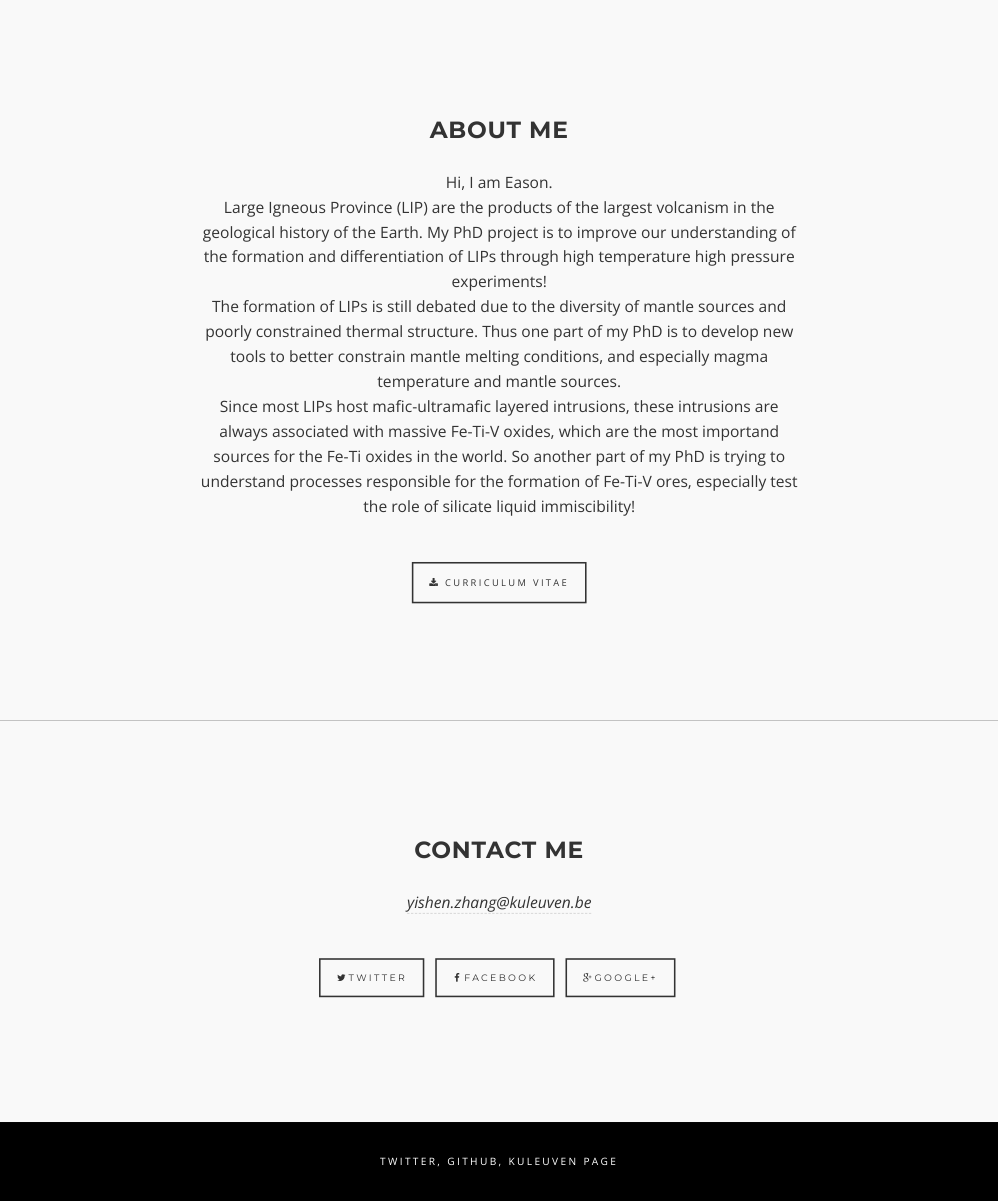
Repository: eazzzon/eazzzon.github.io
Page: aries-v1.0/index.html
These files come from the project's save history. The page is drawn as it stood at one moment and after the next save; the edit follows.
The browser window is 1280 px wide. The pictures show the part of the page from y = 720 to 2260 px (the page is 2260 px tall), at 78% of full size.

Above is the page before, as saved 2021-06-12 09:50:37.

### aries-v1.0/index.html
<!DOCTYPE html>
<html lang="en">
<head>
<meta charset="utf-8">
<meta http-equiv="X-UA-Compatible" content="IE=edge">
<meta name="viewport" content="width=device-width, initial-scale=1">
<meta name="description" content="">
<meta name="author" content="">
<title>yishen.zhang</title>
<!-- Bootstrap Core CSS -->
<link href="css/bootstrap.min.css" rel="stylesheet">
<!-- Custom CSS -->
<link href="css/theme.css" rel="stylesheet">
<!-- Custom Fonts -->
<link href="font-awesome/css/font-awesome.min.css" rel="stylesheet" type="text/css">
<link href="http://fonts.googleapis.com/css?family=Open+Sans:300,400,700,400italic,700italic" rel="stylesheet" type="text/css">
<link href="http://fonts.googleapis.com/css?family=Montserrat:400,700" rel="stylesheet" type="text/css">

</head>
<body id="page-top" data-spy="scroll" data-target=".navbar-fixed-top">
<!-- Navigation -->
<nav class="navbar navbar-custom navbar-fixed-top" role="navigation">
<div class="container">
	<div class="navbar-header">
		<button type="button" class="navbar-toggle" data-toggle="collapse" data-target=".navbar-main-collapse">
		<i class="fa fa-bars"></i>
		</button>
		<a class="navbar-brand page-scroll" href="index.html">
		YISHEN </a>
	</div>
	<!-- Collect the nav links, forms, and other content for toggling -->
	<div class="collapse navbar-collapse navbar-right navbar-main-collapse">
		<ul class="nav navbar-nav">
			<li>
			<a href="index.html">Home</a>
			</li>
			<li>
			<a href="portfolio-item.html">publication</a>
			</li>
			<li>
			<a href="contact.html">open source</a>
			</li>
			<li>
			<a href="page-sample.html">blog</a>
			</li>
		</ul>
	</div>
	<!-- /.navbar-collapse -->
</div>
<!-- /.container -->
</nav>
<!-- Intro Header -->
<header class="intro">
<div class="intro-body">
	<div class="container">
		<div class="row">
			<div class="col-md-8 col-md-offset-2">
				<h1 class="brand-heading">YISHEN ZHANG</h1>
				<p class="intro-text">
					PhD | Experimental petrologist | KU Leuven
				</p>
				<a href="#about" class="btn btn-circle page-scroll">
				<i class="fa fa-angle-double-down animated"></i>
				</a>
			</div>
		</div>
	</div>
</div>
</header>
<!-- About Section -->

<section id="about">
<div class="container content-section text-center">
	<div class="row">
		<h2 >ABOUT ME</h2>
		<div class="col-lg-8 col-lg-offset-2">
			<p>
				Hi, I am Eason.
				<br>
				Large Igneous Province (LIP) are the products of the largest volcanism in the geological history of the Earth. My PhD project is to improve our understanding of the formation and differentiation of LIPs through high temperature high pressure experiments!
				<br>
				The formation of LIPs is still debated due to the diversity of mantle sources and poorly constrained thermal structure. Thus one part of my PhD is to develop new tools to better constrain mantle melting conditions, and especially magma temperature and mantle sources.
				<br>
				Since most LIPs host mafic-ultramafic layered intrusions, these intrusions are always associated with massive Fe-Ti-V oxides, which are the most importand sources for the Fe-Ti oxides in the world. So another part of my PhD is trying to understand processes responsible for the formation of Fe-Ti-V ores, especially test the role of silicate liquid immiscibility!

			</p>
			<p>
				<a href="#" class="btnghost"><i class="fa fa-download"></i> Curriculum Vitae</a>
			</p>
		</div>
	</div>
</div>
</section>


<!-- Contact Section -->
<section id="contact">
<div class="container content-section text-center">
	<div class="row">
		<div class="col-lg-8 col-lg-offset-2">
			<h2>CONTACT ME</h2>
			<p>
				<i><a href="yishen.zhang@kuleuven.be" style="border-bottom:1px dashed #ccc;">yishen.zhang@kuleuven.be</a></i>
			</p>
			<ul class="list-inline banner-social-buttons">
				<li>
				<a href="https://twitter.com/wowthemesnet" class="btn btnghost btn-lg"><i class="fa fa-twitter fa-fw"></i><span class="network-name">Twitter</span></a>
				</li>
				<li>
				<a href="https://www.facebook.com/pages/wowthemesnet/562560840468823" class="btn btnghost btn-lg"><i class="fa fa-facebook fa-fw"></i><span class="network-name">Facebook</span></a>
				</li>
				<li>
				<a href="https://plus.google.com/u/0/b/110916582192388695332/110916582192388695332/posts" class="btn btnghost btn-lg"><i class="fa fa-google-plus fa-fw"></i><span class="network-name">Google+</span></a>
				</li>
			</ul>
		</div>
	</div>
</div>
</section>
<!-- Footer -->
<footer>
<div class="container text-center">
	<p class="credits">
		twitter, github, kuleuven page
	</p>
</div>
</footer>
<!-- jQuery -->
<script src="js/jquery.js"></script>
<!-- Bootstrap Core JavaScript -->
<script src="js/bootstrap.min.js"></script>
<!-- Plugin JavaScript -->
<script src="js/jquery.easing.min.js"></script>
<!-- Custom Theme JavaScript -->
<script src="js/theme.js"></script>
</body>
</html>

### aries-v1.0/css/theme.css
/* Aries v1.0 - by WowThemes.net */
body {
	width:100%;
	height:100%;
	font-family:Open Sans,"Helvetica Neue",Helvetica,Arial,sans-serif;
	color:#fff;
	background-color:#000;
	 font-weight:300;
}
html {
	width:100%;
	height:100%;
}
h1,h2,h3,h4,h5,h6 {
	margin:0 0 35px;
	text-transform:uppercase;
	font-family:Montserrat,"Helvetica Neue",Helvetica,Arial,sans-serif;
	font-weight:700;
	letter-spacing:1px;
}
p {
	margin:0 0 25px;
	font-size:18px;
	line-height:1.5;
}
@media(min-width:768px) {
	p {
		margin:0 0 35px;
		font-size:20px;
		line-height:1.6;
	}
}
a {
	color:inherit;
	-webkit-transition:all .2s ease-in-out;
	-moz-transition:all .2s ease-in-out;
	transition:all .2s ease-in-out;
}
a:hover,a:focus {
	text-decoration:none;
	color:inherit;
}
.light {
	font-weight:400;
}
.navbar-custom {
	margin-bottom:0;
	border-bottom:1px solid rgba(255,255,255,.3);
	text-transform:uppercase;
	font-family:Montserrat,"Helvetica Neue",Helvetica,Arial,sans-serif;
	background-color:#000;
}
.navbar-custom .navbar-brand {
	font-size:20px;
	text-transform:none;
	letter-spacing:1px;
}
.navbar-custom .navbar-brand:focus {
	outline:0;
}
.navbar-custom .navbar-brand .navbar-toggle {
	padding:4px 6px;
	font-size:16px;
	color:#fff;
}
.navbar-custom .navbar-brand .navbar-toggle:focus,.navbar-custom .navbar-brand .navbar-toggle:active {
	outline:0;
}
.navbar-custom a {
}
.navbar-custom .nav li a {
	-webkit-transition:background .3s ease-in-out;
	-moz-transition:background .3s ease-in-out;
	transition:background .3s ease-in-out;
}
.navbar-custom .nav li a:hover {
	outline:0;
	color:#1ba39c;
	background-color:transparent;
}
.navbar-custom .nav li a:focus,.navbar-custom .nav li a:active {
	outline:0;
	background-color:transparent;
}
.navbar-custom .nav li.active {
	outline:0;
}
.navbar-custom .nav li.active a {
	color:#1ba39c;
}
.navbar-custom .nav li.active a:hover {
	color:#1ba39c;
}
@media(min-width:768px) {
	.navbar-custom {
		padding:20px 0;
		border-bottom:0;
		font-size:13px;
		background:0 0;
		-webkit-transition:background .5s ease-in-out,padding .5s ease-in-out;
		-moz-transition:background .5s ease-in-out,padding .5s ease-in-out;
		transition:background .5s ease-in-out,padding .5s ease-in-out;
	}
		 .navbar-custom.top-nav-collapse {
		 padding:0;
		border-bottom:1px solid rgba(255,255,255,.3);
		color:#333;
			background:#fff;
	}
	.navbar-custom.top-nav-collapse a {
		color:#333;
		display:inline-block;
	}
}
.intro {
	display:table;
	width:100%;
	height:auto;
	padding:100px 0 100px 0;
	text-align:center;
	color:#fff;
	background-image:radial-gradient(circle at 50% 50%,rgba(0,0,0,0.46),rgba(0,0,0,0.88)),url('http://unsplash.it/1600/1400?random=9');
	-webkit-background-size:cover;
	-moz-background-size:cover;
	background-size:cover;
	-o-background-size:cover;
}
.intro .intro-body {
	display:table-cell;
	vertical-align:middle;
}
.intro .intro-body .brand-heading {
	font-size:40px;
}
.intro .intro-body .intro-text {
	font-size:18px;
}
@media(min-width:768px) {
	.intro {
		height:100%;
		padding:0;
	}
	.intro .intro-body .brand-heading {
		font-size:60px;
		margin-top:90px;
		margin-bottom:20px;
		border-top:2px solid #fff;
		border-bottom:2px solid #fff;
		display:inline-block;
		padding:10px 0;
	}
	.intro .intro-body .intro-text {
		font-size:20px;
			font-weight:300;
			letter-spacing:3px;
	}
}
.btn-circle {
	width:50px;
	height:50px;
	margin-top:15px;
	line-height:40px;
	text-align:center;
	border:2px solid #fff;
	border-radius:100%!important;
	font-size:20px;
	color:#fff;
	background:0 0;
	-webkit-transition:background .3s ease-in-out;
	-moz-transition:background .3s ease-in-out;
	transition:background .3s ease-in-out;
}
.btn-circle:hover,.btn-circle:focus {
	outline:0;
	color:#fff;
	background:rgba(255,255,255,.1);
}
.btn-circle i.animated {
	-webkit-transition-property:-webkit-transform;
	-webkit-transition-duration:1s;
	-moz-transition-property:-moz-transform;
	-moz-transition-duration:1s;
}
.btn-circle:hover i.animated {
	-webkit-animation-name:pulse;
	-moz-animation-name:pulse;
	-webkit-animation-duration:1.5s;
	-moz-animation-duration:1.5s;
	-webkit-animation-iteration-count:infinite;
	-moz-animation-iteration-count:infinite;
	-webkit-animation-timing-function:linear;
	-moz-animation-timing-function:linear;
}
@-webkit-keyframes pulse {
	0% {
		-webkit-transform:scale(1);
		transform:scale(1);
	}
	50% {
		-webkit-transform:scale(1.2);
		transform:scale(1.2);
	}
	100% {
		-webkit-transform:scale(1);
		transform:scale(1);
	}
}
@-moz-keyframes pulse {
	0% {
		-moz-transform:scale(1);
		transform:scale(1);
	}
	50% {
		-moz-transform:scale(1.2);
		transform:scale(1.2);
	}
	100% {
		-moz-transform:scale(1);
		transform:scale(1);
	}
}
.content-section {
	padding:40px 0;
	clear:both;
}
@media(min-width:767px) {
	.content-section {
		padding:150px 0;
			 clear:both;
	}
}
.btn {
	border-radius:0;
	text-transform:uppercase;
	font-family:Montserrat,"Helvetica Neue",Helvetica,Arial,sans-serif;
	font-weight:400;
	-webkit-transition:all .3s ease-in-out;
	-moz-transition:all .3s ease-in-out;
	transition:all .3s ease-in-out;
}
.btn-default {
	border:1px solid #42dca3;
	color:#42dca3;
	background-color:transparent;
}
.btn-default:hover,.btn-default:focus {
	border:1px solid #42dca3;
	outline:0;
	color:#000;
	background-color:#42dca3;
}
ul.banner-social-buttons {
	margin-top:0;
}
@media(max-width:1199px) {
	ul.banner-social-buttons {
		margin-top:15px;
	}
}
@media(max-width:767px) {
	ul.banner-social-buttons li {
		display:block;
		margin-bottom:20px;
		padding:0;
	}
	ul.banner-social-buttons li:last-child {
		margin-bottom:0;
	}
}
footer {
	padding:40px 0;
	z-index:1;
	position:relative;
	clear:both;
}
footer p {
	margin:0;
	font-size:15px;
}
footer p.credits {
	text-transform:uppercase;
	font-size:13px;
	letter-spacing:3px;
}
::-moz-selection {
	text-shadow:none;
	background:#fcfcfc;
	background:rgba(255,255,255,.2);
}
::selection {
	text-shadow:none;
	background:#fcfcfc;
	background:rgba(255,255,255,.2);
}
img::selection {
	background:0 0;
}
img::-moz-selection {
	background:0 0;
}
body {
	webkit-tap-highlight-color:rgba(255,255,255,.2);
}
.bgblue {
	background:#22292c;
}
.inlineblock {
	display:inline-block;
}
p:last-child {
	margin-bottom:0;
}
p.lead {
	line-height:1.9;
}
.btnghost {
	border:2px solid #333;
	background-color:transparent;
	padding:15px 20px;
	letter-spacing:3px;
	font-size:12px;
	text-transform:uppercase;
	font-weight:400;
	color:#333;
	margin-top:20px;
	display:inline-block;
}
.btnghost:hover {
	background-color:#333;
	color:#fff;
	border:2px solid #333;
}
.bgcover {
	background-size:cover;
	background-repeat:no-repeat;
	position:relative;
}
img {
	max-width:100%;
}
.gallery ul {
	padding:0;
	margin:0;
}
.gallery img {
	max-width:100%;
	height:auto;
	padding:0;
	margin:0;
}
.gallery ul li {
	margin:0;
	position:relative;
	list-style:none;
	float:left;
	padding:0;
}
.gallery ul li a {
	display:block;
	position:relative;
	width:100%;
	height:100%;
	margin:0;
	padding:0;
	line-height:0;
}
.gallery ul li a:before {
	position:absolute;
	width:32px;
	height:32px;
	top:40%;
	left:50%;
	margin:-14px 0 0 -16px;
	/* background: url(data:[embedded picture, 2228 characters]) no-repeat; */
	content:"";
	opacity:0;
	z-index:1;
	-webkit-transition:all 0.3s linear;
	-moz-transition:all 0.3s linear;
	transition:all 0.3s linear;
}
.gallery ul li a:hover:before {
	top:50%;
	opacity:1;
}
.gallery ul li a:after {
	position:absolute;
	width:100%;
	top:0;
	bottom:0;
	background:rgba(0,0,0,0.3);
	content:"";
	opacity:0;
	-webkit-transition:all 0.3s linear;
	-moz-transition:all 0.3s linear;
	transition:all 0.3s linear;
}
.gallery ul li a:hover:after {
	opacity:1;
}
section:after {
	float:none;
	clear:both;
}
section {
	background-color:#f9f9f9;
	color:#333;
	overflow:hidden;
}
.done {
	display:none;
}
.error input,input.error,.error textarea,textarea.error {
	background-color:#ffffff;
	border-bottom:2px solid orangered !Important;
	-webkit-transition:border linear 0.2s,box-shadow linear 0.2s;
	-moz-transition:border linear 0.2s,box-shadow linear 0.2s;
	-o-transition:border linear 0.2s,box-shadow linear 0.2s;
	transition:border linear 0.2s,box-shadow linear 0.2s;
}
#contactform input,#contactform textarea {
	border:0px;
	border-bottom:2px solid #333;
	width:100%;
	background-color:transparent;
	padding:20px 0px;
	text-transform:uppercase;
	letter-spacing:2px;
	margin-bottom:20px;
}
#contactform input#submit {
	width:auto;
	border:2px solid;
	padding:10px 20px;
	display:inline-block;
}
#contactform input#submit:hover {
	background-color:#333;
	color:#fff;
	border:2px solid #333;
}
#contactform input:focus,#contactform input:active,#contactform textarea:focus,#contactform textarea:active {
	border-top:0px;
	border-bottom:2px solid lightseagreen;
	outline:0;
	outline: none;
}

### js/theme.js
// jQuery to collapse the navbar on scroll
$(window).scroll(function() {
    if ($(".navbar").offset().top > 50) {
        $(".navbar-fixed-top").addClass("top-nav-collapse");
    } else {
        $(".navbar-fixed-top").removeClass("top-nav-collapse");
    }
});

// jQuery for page scrolling feature - requires jQuery Easing plugin
$(function() {
    $('a.page-scroll').bind('click', function(event) {
        var $anchor = $(this);
        $('html, body').stop().animate({
            scrollTop: $($anchor.attr('href')).offset().top
        }, 1500, 'easeInOutExpo');
        event.preventDefault();
    });
});

// Closes the Responsive Menu on Menu Item Click
$('.navbar-collapse ul li a').click(function() {
    $('.navbar-toggle:visible').click();
});

Loaded but not shown: css/bootstrap.min.css (library); font-awesome/css/font-awesome.min.css (library); js/jquery.js (library); js/bootstrap.min.js (library); js/jquery.easing.min.js (library)

After the next save:
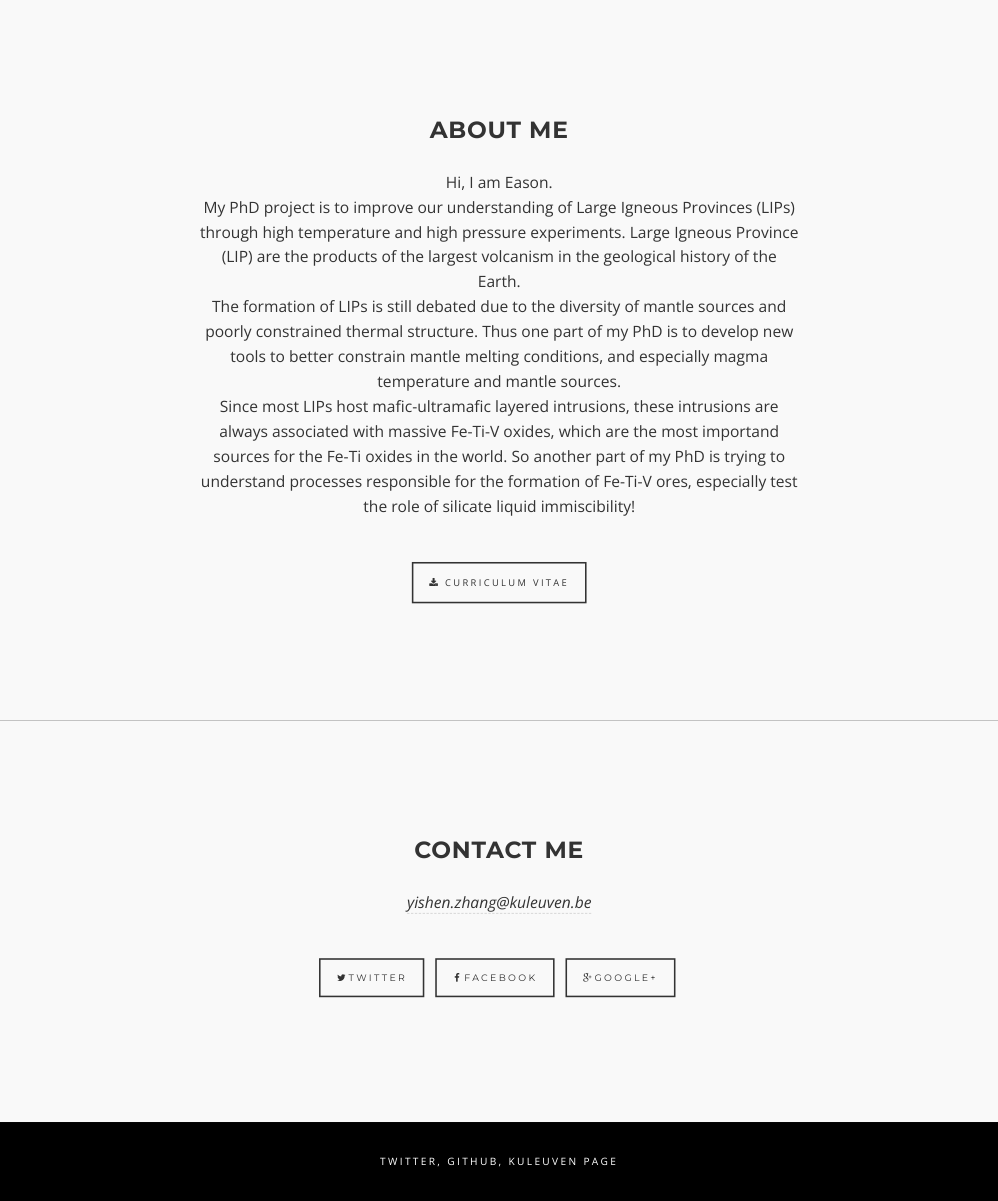
Saved 108 s later.
--- a/aries-v1.0/index.html
+++ b/aries-v1.0/index.html
@@ -77,7 +77,8 @@
 			<p>
 				Hi, I am Eason.
 				<br>
-				Large Igneous Province (LIP) are the products of the largest volcanism in the geological history of the Earth. My PhD project is to improve our understanding of the formation and differentiation of LIPs through high temperature high pressure experiments!
+				My PhD project is to improve our understanding of Large Igneous Provinces (LIPs) through high temperature and high pressure experiments.
+				Large Igneous Province (LIP) are the products of the largest volcanism in the geological history of the Earth.
 				<br>
 				The formation of LIPs is still debated due to the diversity of mantle sources and poorly constrained thermal structure. Thus one part of my PhD is to develop new tools to better constrain mantle melting conditions, and especially magma temperature and mantle sources.
 				<br>
